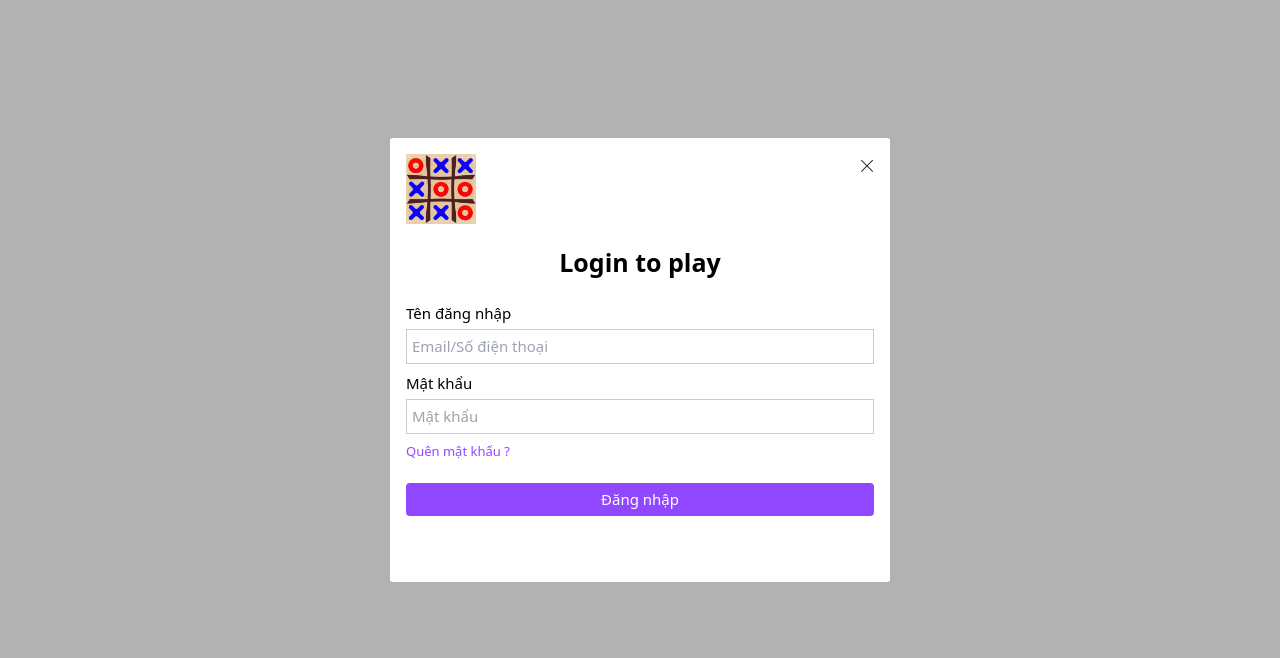
Repository: Teddy1705/demo_pj
Page: /
The author's editor kept a copy of each file at every save. The page is drawn from the files as they stood at one save, then again after the next save.
The browser window is 1280 px wide. The pictures show the whole page.
The project was rebuilt for these pictures with package versions that can differ from the ones it lists, and the page was loaded fresh each time. Also part of the build but not shown: vite.config.js.

Above is the page before, as saved 2024-04-16 11:10:27.

### index.html
<!DOCTYPE html>
<html lang="en">
  <head>
    <meta charset="UTF-8" />
    <link rel="icon" type="image/svg+xml" href="/vite.svg" />
    <meta name="viewport" content="width=device-width, initial-scale=1.0" />
    <title>Tic Tac Toe</title>
    <link rel="stylesheet" href="./src/index.css" />
    <link
      rel="stylesheet"
      href="./src/assets/themify-icons/themify-icons.css"
    />
  </head>
  <body>
    <div id="root"></div>
    <script type="module" src="/src/main.jsx"></script>
  </body>
</html>

### src/index.css
:root {
  --white-color: #fff;
  --black-color: #000;
}

/*
1. Prevent padding and border from affecting element width. (https://github.com/mozdevs/cssremedy/issues/4)
2. Allow adding a border to an element by just adding a border-width. (https://github.com/tailwindcss/tailwindcss/pull/116)
*/

*,
::before,
::after {
  box-sizing: border-box;
  /* 1 */
  border-width: 0;
  /* 2 */
  border-style: solid;
  /* 2 */
  border-color: #e5e7eb;
  /* 2 */
}

::before,
::after {
  --tw-content: "";
}

/*
1. Use a consistent sensible line-height in all browsers.
2. Prevent adjustments of font size after orientation changes in iOS.
3. Use a more readable tab size.
4. Use the user's configured `sans` font-family by default.
5. Use the user's configured `sans` font-feature-settings by default.
6. Use the user's configured `sans` font-variation-settings by default.
7. Disable tap highlights on iOS
*/

html,
:host {
  line-height: 1.5;
  /* 1 */
  -webkit-text-size-adjust: 100%;
  /* 2 */
  -moz-tab-size: 4;
  /* 3 */
  -o-tab-size: 4;
  tab-size: 4;
  /* 3 */
  font-family: ui-sans-serif, system-ui, sans-serif, "Apple Color Emoji",
    "Segoe UI Emoji", "Segoe UI Symbol", "Noto Color Emoji";
  /* 4 */
  font-feature-settings: normal;
  /* 5 */
  font-variation-settings: normal;
  /* 6 */
  -webkit-tap-highlight-color: transparent;
  /* 7 */
}

/*
1. Remove the margin in all browsers.
2. Inherit line-height from `html` so users can set them as a class directly on the `html` element.
*/

body {
  margin: 0;
  /* 1 */
  line-height: inherit;
  /* 2 */
}

/*
1. Add the correct height in Firefox.
2. Correct the inheritance of border color in Firefox. (https://bugzilla.mozilla.org/show_bug.cgi?id=190655)
3. Ensure horizontal rules are visible by default.
*/

hr {
  height: 0;
  /* 1 */
  color: inherit;
  /* 2 */
  border-top-width: 1px;
  /* 3 */
}

/*
Add the correct text decoration in Chrome, Edge, and Safari.
*/

abbr:where([title]) {
  -webkit-text-decoration: underline dotted;
  text-decoration: underline dotted;
}

/*
Remove the default font size and weight for headings.
*/

h1,
h2,
h3,
h4,
h5,
h6 {
  font-size: inherit;
  font-weight: inherit;
}

/*
Reset links to optimize for opt-in styling instead of opt-out.
*/

a {
  color: inherit;
  text-decoration: inherit;
}

/*
Add the correct font weight in Edge and Safari.
*/

b,
strong {
  font-weight: bolder;
}

/*
1. Use the user's configured `mono` font-family by default.
2. Use the user's configured `mono` font-feature-settings by default.
3. Use the user's configured `mono` font-variation-settings by default.
4. Correct the odd `em` font sizing in all browsers.
*/

code,
kbd,
samp,
pre {
  font-family: ui-monospace, SFMono-Regular, Menlo, Monaco, Consolas,
    "Liberation Mono", "Courier New", monospace;
  /* 1 */
  font-feature-settings: normal;
  /* 2 */
  font-variation-settings: normal;
  /* 3 */
  font-size: 1em;
  /* 4 */
}

/*
Add the correct font size in all browsers.
*/

small {
  font-size: 80%;
}

/*
Prevent `sub` and `sup` elements from affecting the line height in all browsers.
*/

sub,
sup {
  font-size: 75%;
  line-height: 0;
  position: relative;
  vertical-align: baseline;
}

sub {
  bottom: -0.25em;
}

sup {
  top: -0.5em;
}

/*
1. Remove text indentation from table contents in Chrome and Safari. (https://bugs.chromium.org/p/chromium/issues/detail?id=999088, https://bugs.webkit.org/show_bug.cgi?id=201297)
2. Correct table border color inheritance in all Chrome and Safari. (https://bugs.chromium.org/p/chromium/issues/detail?id=935729, https://bugs.webkit.org/show_bug.cgi?id=195016)
3. Remove gaps between table borders by default.
*/

table {
  text-indent: 0;
  /* 1 */
  border-color: inherit;
  /* 2 */
  border-collapse: collapse;
  /* 3 */
}

/*
1. Change the font styles in all browsers.
2. Remove the margin in Firefox and Safari.
3. Remove default padding in all browsers.
*/

button,
input,
optgroup,
select,
textarea {
  font-family: inherit;
  /* 1 */
  font-feature-settings: inherit;
  /* 1 */
  font-variation-settings: inherit;
  /* 1 */
  font-size: 100%;
  /* 1 */
  font-weight: inherit;
  /* 1 */
  line-height: inherit;
  /* 1 */
  letter-spacing: inherit;
  /* 1 */
  color: inherit;
  /* 1 */
  margin: 0;
  /* 2 */
  padding: 0;
  /* 3 */
}

/*
Remove the inheritance of text transform in Edge and Firefox.
*/

button,
select {
  text-transform: none;
}

/*
1. Correct the inability to style clickable types in iOS and Safari.
2. Remove default button styles.
*/

button,
input:where([type="button"]),
input:where([type="reset"]),
input:where([type="submit"]) {
  -webkit-appearance: button;
  /* 1 */
  background-color: transparent;
  /* 2 */
  background-image: none;
  /* 2 */
}

/*
Use the modern Firefox focus style for all focusable elements.
*/

:-moz-focusring {
  outline: auto;
}

/*
Remove the additional `:invalid` styles in Firefox. (https://github.com/mozilla/gecko-dev/blob/2f9eacd9d3d995c937b4251a5557d95d494c9be1/layout/style/res/forms.css#L728-L737)
*/

:-moz-ui-invalid {
  box-shadow: none;
}

/*
Add the correct vertical alignment in Chrome and Firefox.
*/

progress {
  vertical-align: baseline;
}

/*
Correct the cursor style of increment and decrement buttons in Safari.
*/

::-webkit-inner-spin-button,
::-webkit-outer-spin-button {
  height: auto;
}

/*
1. Correct the odd appearance in Chrome and Safari.
2. Correct the outline style in Safari.
*/

[type="search"] {
  -webkit-appearance: textfield;
  /* 1 */
  outline-offset: -2px;
  /* 2 */
}

/*
Remove the inner padding in Chrome and Safari on macOS.
*/

::-webkit-search-decoration {
  -webkit-appearance: none;
}

/*
1. Correct the inability to style clickable types in iOS and Safari.
2. Change font properties to `inherit` in Safari.
*/

::-webkit-file-upload-button {
  -webkit-appearance: button;
  /* 1 */
  font: inherit;
  /* 2 */
}

/*
Add the correct display in Chrome and Safari.
*/

summary {
  display: list-item;
}

/*
Removes the default spacing and border for appropriate elements.
*/

blockquote,
dl,
dd,
h1,
h2,
h3,
h4,
h5,
h6,
hr,
figure,
p,
pre {
  margin: 0;
}

fieldset {
  margin: 0;
  padding: 0;
}

legend {
  padding: 0;
}

ol,
ul,
menu {
  list-style: none;
  margin: 0;
  padding: 0;
}

/*
Reset default styling for dialogs.
*/

dialog {
  padding: 0;
}

/*
Prevent resizing textareas horizontally by default.
*/

textarea {
  resize: vertical;
}

/*
1. Reset the default placeholder opacity in Firefox. (https://github.com/tailwindlabs/tailwindcss/issues/3300)
2. Set the default placeholder color to the user's configured gray 400 color.
*/

input::-moz-placeholder,
textarea::-moz-placeholder {
  opacity: 1;
  /* 1 */
  color: #9ca3af;
  /* 2 */
}

input::placeholder,
textarea::placeholder {
  opacity: 1;
  /* 1 */
  color: #9ca3af;
  /* 2 */
}

/*
Set the default cursor for buttons.
*/

button,
[role="button"] {
  cursor: pointer;
}

/*
Make sure disabled buttons don't get the pointer cursor.
*/

:disabled {
  cursor: default;
}

/*
1. Make replaced elements `display: block` by default. (https://github.com/mozdevs/cssremedy/issues/14)
2. Add `vertical-align: middle` to align replaced elements more sensibly by default. (https://github.com/jensimmons/cssremedy/issues/14#issuecomment-634934210)
   This can trigger a poorly considered lint error in some tools but is included by design.
*/

img,
svg,
video,
canvas,
audio,
iframe,
embed,
object {
  display: block;
  /* 1 */
  vertical-align: middle;
  /* 2 */
}

/*
Constrain images and videos to the parent width and preserve their intrinsic aspect ratio. (https://github.com/mozdevs/cssremedy/issues/14)
*/

img,
video {
  max-width: 100%;
  height: auto;
}

/* Make elements with the HTML hidden attribute stay hidden by default */

[hidden] {
  display: none;
}

*,
::before,
::after {
  --tw-border-spacing-x: 0;
  --tw-border-spacing-y: 0;
  --tw-translate-x: 0;
  --tw-translate-y: 0;
  --tw-rotate: 0;
  --tw-skew-x: 0;
  --tw-skew-y: 0;
  --tw-scale-x: 1;
  --tw-scale-y: 1;
  --tw-pan-x: ;
  --tw-pan-y: ;
  --tw-pinch-zoom: ;
  --tw-scroll-snap-strictness: proximity;
  --tw-gradient-from-position: ;
  --tw-gradient-via-position: ;
  --tw-gradient-to-position: ;
  --tw-ordinal: ;
  --tw-slashed-zero: ;
  --tw-numeric-figure: ;
  --tw-numeric-spacing: ;
  --tw-numeric-fraction: ;
  --tw-ring-inset: ;
  --tw-ring-offset-width: 0px;
  --tw-ring-offset-color: #fff;
  --tw-ring-color: rgb(59 130 246 / 0.5);
  --tw-ring-offset-shadow: 0 0 #0000;
  --tw-ring-shadow: 0 0 #0000;
  --tw-shadow: 0 0 #0000;
  --tw-shadow-colored: 0 0 #0000;
  --tw-blur: ;
  --tw-brightness: ;
  --tw-contrast: ;
  --tw-grayscale: ;
  --tw-hue-rotate: ;
  --tw-invert: ;
  --tw-saturate: ;
  --tw-sepia: ;
  --tw-drop-shadow: ;
  --tw-backdrop-blur: ;
  --tw-backdrop-brightness: ;
  --tw-backdrop-contrast: ;
  --tw-backdrop-grayscale: ;
  --tw-backdrop-hue-rotate: ;
  --tw-backdrop-invert: ;
  --tw-backdrop-opacity: ;
  --tw-backdrop-saturate: ;
  --tw-backdrop-sepia: ;
  --tw-contain-size: ;
  --tw-contain-layout: ;
  --tw-contain-paint: ;
  --tw-contain-style: ;
}

::backdrop {
  --tw-border-spacing-x: 0;
  --tw-border-spacing-y: 0;
  --tw-translate-x: 0;
  --tw-translate-y: 0;
  --tw-rotate: 0;
  --tw-skew-x: 0;
  --tw-skew-y: 0;
  --tw-scale-x: 1;
  --tw-scale-y: 1;
  --tw-pan-x: ;
  --tw-pan-y: ;
  --tw-pinch-zoom: ;
  --tw-scroll-snap-strictness: proximity;
  --tw-gradient-from-position: ;
  --tw-gradient-via-position: ;
  --tw-gradient-to-position: ;
  --tw-ordinal: ;
  --tw-slashed-zero: ;
  --tw-numeric-figure: ;
  --tw-numeric-spacing: ;
  --tw-numeric-fraction: ;
  --tw-ring-inset: ;
  --tw-ring-offset-width: 0px;
  --tw-ring-offset-color: #fff;
  --tw-ring-color: rgb(59 130 246 / 0.5);
  --tw-ring-offset-shadow: 0 0 #0000;
  --tw-ring-shadow: 0 0 #0000;
  --tw-shadow: 0 0 #0000;
  --tw-shadow-colored: 0 0 #0000;
  --tw-blur: ;
  --tw-brightness: ;
  --tw-contrast: ;
  --tw-grayscale: ;
  --tw-hue-rotate: ;
  --tw-invert: ;
  --tw-saturate: ;
  --tw-sepia: ;
  --tw-drop-shadow: ;
  --tw-backdrop-blur: ;
  --tw-backdrop-brightness: ;
  --tw-backdrop-contrast: ;
  --tw-backdrop-grayscale: ;
  --tw-backdrop-hue-rotate: ;
  --tw-backdrop-invert: ;
  --tw-backdrop-opacity: ;
  --tw-backdrop-saturate: ;
  --tw-backdrop-sepia: ;
  --tw-contain-size: ;
  --tw-contain-layout: ;
  --tw-contain-paint: ;
  --tw-contain-style: ;
}

#modal {
  position: fixed;
  top: 0;
  right: 0;
  bottom: 0;
  left: 0;
  display: flex;
  align-items: center;
  justify-content: center;
}

#modal .modal__overlay {
  position: absolute;
  width: 100%;
  height: 100%;
  background-color: rgba(0, 0, 0, 0.3);
}

#modal .modal__body {
  position: relative;
  background-color: var(--white-color);
  margin: auto;
  width: 500px;
  min-height: 300px;
  padding: 16px;
  border-radius: 3px;
}

.auth-form__header {
  display: flex;
  text-align: center;
  justify-content: center;
}

.auth-form__logo-game {
  width: 70px;
}

.auth-form__heading {
  font-size: 25px;
  font-weight: 700;
  text-align: center;
  margin: 20px 0;
}

.auth-form__close {
  position: absolute;
  top: 0;
  right: 0;
  font-size: 14px;
  padding: 18px 16px;
}

.auth-form__close:hover {
  background-color: #ccc;
  cursor: pointer;
}

.auth-form__info {
}

.auth-form__info-details {
}

.auth-form__label {
  display: block;
  font-size: 15px;
  font-weight: 500;
}

.auth-form__info-input {
  border: 1px solid #ccc;
  width: 100%;
  font-size: 15px;
  padding: 5px;
  margin: 5px 0 8px;
}

.auth-form__help {
  font-size: 13px;
  font-weight: 400;
  color: #9147ff;
  margin-bottom: 22px;
}

.auth-form__btn {
  width: 100%;
  background-color: #9147ff;
  color: #fff;
  font-size: 15px;
  font-weight: 500;
  padding: 5px;
  border-radius: 4px;
  margin-bottom: 50px;
}

### src/main.jsx
import React from "react";
import ReactDOM from "react-dom/client";
import App from "./App.jsx";
import { createBrowserRouter, RouterProvider } from "react-router-dom";
import Root from "./routes/root";
import "./index.css";

const router = createBrowserRouter([
  {
    path: "/",
    element: <Root />,
  },
]);

ReactDOM.createRoot(document.getElementById("root")).render(
  <React.StrictMode>
    <RouterProvider router={router} />
    <App />
  </React.StrictMode>
);

### src/routes/root.jsx
export default function Root() {
  return (
    <>
      <div id="modal">
        <div className="modal__overlay"></div>
        <div className="modal__body">
          <img
            src="/src/assets/tictactoe.png"
            alt=""
            className="auth-form__logo-game"
          />
          <h1 className="auth-form__heading">Login to play</h1>
          <div className="auth-form__close">
            <i className="ti-close"></i>
          </div>
          <div className="auth-form__info">
            <div className="auth-form__info-details">
              <label htmlFor="" className="auth-form__label">
                Tên đăng nhập
              </label>
              <input
                type="text"
                className="auth-form__info-input"
                placeholder="Email/Số điện thoại"
              />
            </div>
            <div className="auth-form__info-details">
              <label htmlFor="" className="auth-form__label">
                Mật khẩu
              </label>
              <input
                type="password"
                className="auth-form__info-input"
                placeholder="Mật khẩu"
              />
            </div>
          </div>
          <div className="auth-form__help">Quên mật khẩu ?</div>
          <button className="auth-form__btn">
            <a
              href={`https://codesandbox.io/s/q2z497?file=%2Fsrc%2FApp.js&utm_medium=sandpack`}
              className=""
            >
              Đăng nhập
            </a>
          </button>
        </div>
      </div>
      <div id="detail"></div>
    </>
  );
}

Loaded but not shown: src/assets/themify-icons/themify-icons.css (common file); src/App.jsx (common file)

After the next save:
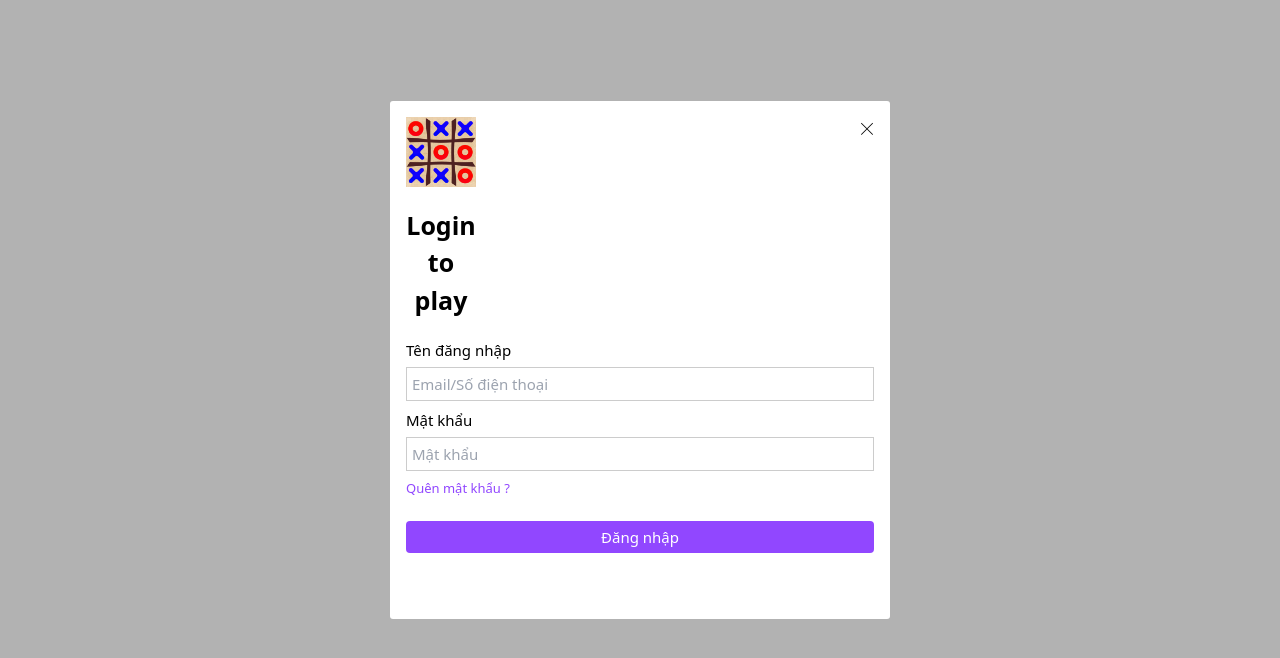
Saved 30 s later.
--- a/src/routes/root.jsx
+++ b/src/routes/root.jsx
@@ -4,12 +4,10 @@
       <div id="modal">
         <div className="modal__overlay"></div>
         <div className="modal__body">
-          <img
-            src="/src/assets/tictactoe.png"
-            alt=""
-            className="auth-form__logo-game"
-          />
-          <h1 className="auth-form__heading">Login to play</h1>
+          <div className="auth-form__logo-game">
+            <img src="/src/assets/tictactoe.png" alt="" />
+            <h1 className="auth-form__heading">Login to play</h1>
+          </div>
           <div className="auth-form__close">
             <i className="ti-close"></i>
           </div>

After the 2 saves that followed:
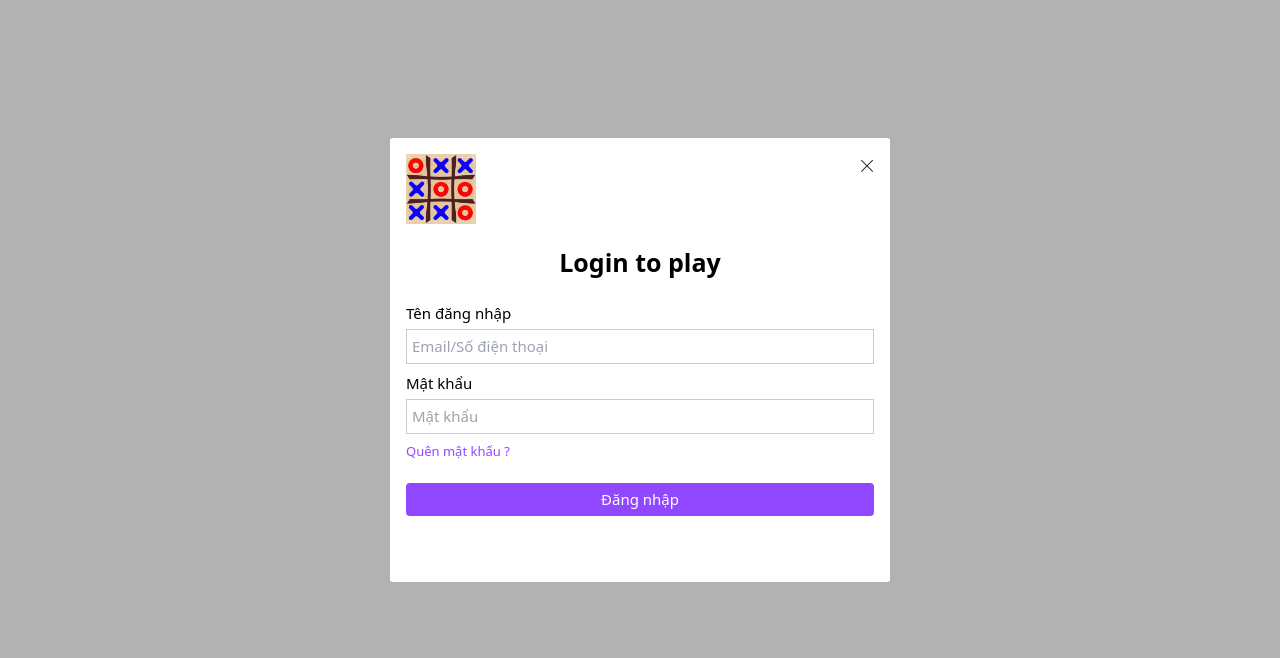
The 2 saves are shown as one change because 1 left the picture as it was.
The last was saved 24 s later.
--- a/src/index.css
+++ b/src/index.css
@@ -588,12 +588,6 @@ video {
   border-radius: 3px;
 }
 
-.auth-form__header {
-  display: flex;
-  text-align: center;
-  justify-content: center;
-}
-
 .auth-form__logo-game {
   width: 70px;
 }
--- a/src/routes/root.jsx
+++ b/src/routes/root.jsx
@@ -6,8 +6,8 @@
         <div className="modal__body">
           <div className="auth-form__logo-game">
             <img src="/src/assets/tictactoe.png" alt="" />
-            <h1 className="auth-form__heading">Login to play</h1>
           </div>
+          <h1 className="auth-form__heading">Login to play</h1>
           <div className="auth-form__close">
             <i className="ti-close"></i>
           </div>
